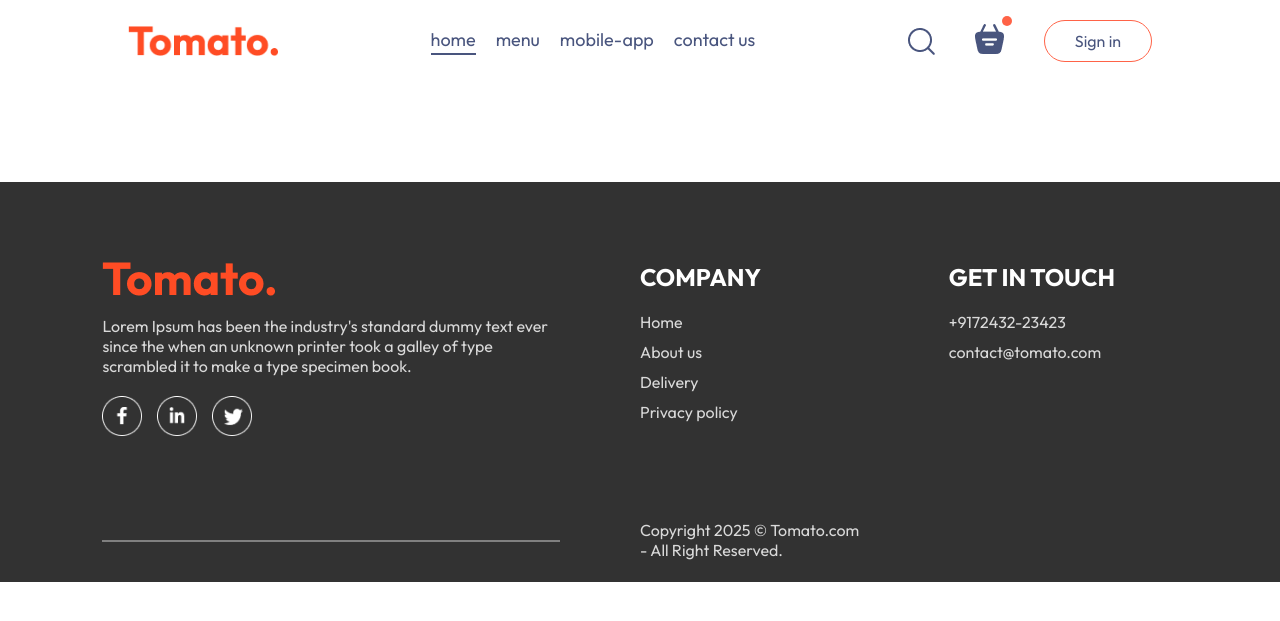
Repository: KartikChouhan03/food-delivery-app
Page: /order (app in frontend/)
These files come from the project's save history. The page is drawn as it stood at one moment and after the next save; the edit follows.
The browser window is 1280 px wide. The pictures show the whole page.
Some web fonts or font styles are not loaded; a fallback is used. The project was rebuilt for these pictures with package versions that can differ from the ones it lists, and the page was loaded fresh each time. Also part of the build but not shown: frontend/vite.config.js, frontend/src/components/Header/Header.css, frontend/src/components/Header/Header.jsx, frontend/src/components/ExploreMenu/ExploreMenu.css, frontend/src/components/ExploreMenu/ExploreMenu.jsx, frontend/src/components/FoodDisplay/FoodDisplay.css, frontend/src/components/FoodItem/FoodItem.css, frontend/src/components/FoodItem/FoodItem.jsx and 5 more.

Above is the page before, as saved 2025-08-16 11:11:51.

### frontend/index.html
<!doctype html>
<html lang="en">
  <head>
    <meta charset="UTF-8" />
    <link rel="icon" type="image/svg+xml" href="" />
    <meta name="viewport" content="width=device-width, initial-scale=1.0" />
    <title>Foodify</title>
  </head>
  <body>
    <div id="root"></div>
    <script type="module" src="/src/main.jsx"></script>
  </body>
</html>

### frontend/src/main.jsx
import { createRoot } from 'react-dom/client'
import './index.css'
import App from './App.jsx'
import { BrowserRouter} from 'react-router-dom'
import StoreContextProvider from './context/StoreContext.jsx'


createRoot(document.getElementById('root')).render(
  <BrowserRouter>
    <StoreContextProvider>
      <App />
    </StoreContextProvider>
  </BrowserRouter>


)

### frontend/src/index.css

@import url('https://fonts.googleapis.com/css2?family=Montserrat:ital,wght@0,100..900;1,100..900&family=Outfit:wght@100..900&family=Playfair+Display:ital,wght@0,400..900;1,400..900&display=swap');


*{
  padding: 0;
  margin: 0;
  box-sizing: border-box;
  font-family: Outfit;
}

body{
  min-height: 100vh;
}

a{
  text-decoration: none;
  color: inherit;
}

.app{
  width: 80%;
  margin: auto;
}

@keyframes fadeIn{
  0%{
    opacity: 0;
  }
  100%{
    opacity: 1;
  }
}

### frontend/src/App.jsx
import React from 'react'
import Navbar from './components/Navbar/Navbar'
import { Route, Routes } from 'react-router-dom'
import Home from './pages/Home/Home'
import Cart from './pages/Cart/Cart'
import PlaceOrder from './pages/PlaceOrder/PlaceOrder'
import Footer from './components/Footer/Footer'


const App = () => {
  return (
    <>
      <div className='app'>
        <Navbar/>
        <Routes>
          <Route path="/" element={<Home />} />
          <Route path="/cart" element={<Cart />} />
          <Route path="/order" element={<PlaceOrder/>} />
        </Routes>
      </div>
      <Footer/>
    </>

  )
}

export default App

### frontend/src/context/StoreContext.jsx
import { createContext, useEffect, useState } from "react";
import { food_list } from "../assets/assets";


export const StoreContext = createContext(null)

const StoreContextProvider = (props) =>{

    const [cartItems, setCartItems] = useState({});

    const addToCart =(itemId)=>{
        if(!cartItems[itemId]){
            setCartItems((prev)=>({...prev,[itemId]:1}))
        }
        else{
            setCartItems((prev)=>({...prev,[itemId]:prev[itemId]+1}))
        }
    }

    const removeFromCart =(itemId) =>{
        setCartItems((prev)=>({...prev,[itemId]:prev[itemId]-1}))
    }

    useEffect(()=>{
        console.log(cartItems);
    },[cartItems])


    const contextValue = {
        food_list,
        cartItems,
        setCartItems,
        addToCart,
        removeFromCart,
    }



    return (
        <StoreContext.Provider value ={contextValue}>
            {props.children}
        </StoreContext.Provider>
    )

}

export default StoreContextProvider;

### frontend/src/components/Navbar/Navbar.jsx
import React, { useState } from 'react'
import './Navbar.css'
import {assets} from '../../assets/assets.js'


const Navbar = () => {

  const [menu,setMenu] = useState("home");


  return (
    <div className='navbar'>
      <img className='logo' src={assets.logo} alt="" />
      <ul className='navbar-menu'>
        <li onClick={()=>setMenu("home")} className={menu==="home"?"active":""}>home</li>
        <li onClick={()=>setMenu("menu")} className={menu==="menu"?"active":""}>menu</li>
        <li onClick={()=>setMenu("mobile-app")} className={menu==="mobile-app"?"active":""}>mobile-app</li>
        <li onClick={()=>setMenu("contact-us")} className={menu==="contact-us"?"active":""}>contact us</li>
      </ul>
      <div className="navbar-right">
        <img src={assets.search_icon} alt="" />
        <div className='navbar-search-icon'>
          <img src={assets.basket_icon} alt="" />
          <div className='dot'></div>
        </div>
        <button>Sign in</button>
      </div>
    </div>
  )
}

export default Navbar

### frontend/src/components/Footer/Footer.jsx
import React from 'react'
import './Footer.css'
import { assets } from '../../assets/assets'

const Footer = () => {
  return (
    <div className='footer' id='footer'>
      <div className="footer-content">
        <div className="footer-content-left">
            <img src={assets.logo} alt="" />
            <p>Lorem Ipsum has been the industry's standard dummy text ever since the when an unknown printer took a galley of type scrambled it to make a type specimen book.</p>
            <div className="footer-social-icons">
                <img src={assets.facebook_icon} alt="" />
                <img src={assets.linkedin_icon} alt="" />
                <img src={assets.twitter_icon} alt="" />
            </div>
        </div>
        <div className='footer-content-center'>
            <h2>COMPANY</h2>
            <ul>
                <li>Home</li>
                <li>About us</li>
                <li>Delivery</li>
                <li>Privacy policy</li>
            </ul>
        </div>
        <div className="footer-content-right">
            <h2>GET IN TOUCH</h2>
            <ul>
                <li>+9172432-23423</li>
                <li>contact@tomato.com</li>
            </ul>
        </div>
        <hr />
        <p className='footer-copyright'>Copyright 2025 © Tomato.com - All Right Reserved.</p>
      </div>
    </div>
  )
}

export default Footer

### frontend/src/assets/assets.js
import basket_icon from './basket_icon.png'
import logo from './logo.png'
import header_img from './header_img.png'
import search_icon from './search_icon.png'
import menu_1 from './menu_1.png'
import menu_2 from './menu_2.png'
import menu_3 from './menu_3.png'
import menu_4 from './menu_4.png'
import menu_5 from './menu_5.png'
import menu_6 from './menu_6.png'
import menu_7 from './menu_7.png'
import menu_8 from './menu_8.png'

import food_1 from './food_1.png'
import food_2 from './food_2.png'
import food_3 from './food_3.png'
import food_4 from './food_4.png'
import food_5 from './food_5.png'
import food_6 from './food_6.png'
import food_7 from './food_7.png'
import food_8 from './food_8.png'
import food_9 from './food_9.png'
import food_10 from './food_10.png'
import food_11 from './food_11.png'
import food_12 from './food_12.png'
import food_13 from './food_13.png'
import food_14 from './food_14.png'
import food_15 from './food_15.png'
import food_16 from './food_16.png'
import food_17 from './food_17.png'
import food_18 from './food_18.png'
import food_19 from './food_19.png'
import food_20 from './food_20.png'
import food_21 from './food_21.png'
import food_22 from './food_22.png'
import food_23 from './food_23.png'
import food_24 from './food_24.png'
import food_25 from './food_25.png'
import food_26 from './food_26.png'
import food_27 from './food_27.png'
import food_28 from './food_28.png'
import food_29 from './food_29.png'
import food_30 from './food_30.png'
import food_31 from './food_31.png'
import food_32 from './food_32.png'

import add_icon_white from './add_icon_white.png'
import add_icon_green from './add_icon_green.png'
import remove_icon_red from './remove_icon_red.png'
import app_store from './app_store.png'
import play_store from './play_store.png'
import linkedin_icon from './linkedin_icon.png'
import facebook_icon from './facebook_icon.png'
import twitter_icon from './twitter_icon.png'
import cross_icon from './cross_icon.png'
import selector_icon from './selector_icon.png'
import rating_starts from './rating_starts.png'
import profile_icon from './profile_icon.png'
import bag_icon from './bag_icon.png'
import logout_icon from './logout_icon.png'
import parcel_icon from './parcel_icon.png'

export const assets = {
    logo,
    basket_icon,
    header_img,
    search_icon,
    rating_starts,
    add_icon_green,
    add_icon_white,
    remove_icon_red,
    app_store,
    play_store,
    linkedin_icon,
    facebook_icon,
    twitter_icon,
    cross_icon,
    selector_icon,
    profile_icon,
    logout_icon,
    bag_icon,
    parcel_icon
}

export const menu_list = [
    {
        menu_name: "Salad",
        menu_image: menu_1
    },
    {
        menu_name: "Rolls",
        menu_image: menu_2
    },
    {
        menu_name: "Deserts",
        menu_image: menu_3
    },
    {
        menu_name: "Sandwich",
        menu_image: menu_4
    },
    {
        menu_name: "Cake",
        menu_image: menu_5
    },
    {
        menu_name: "Pure Veg",
        menu_image: menu_6
    },
    {
        menu_name: "Pasta",
        menu_image: menu_7
    },
    {
        menu_name: "Noodles",
        menu_image: menu_8
    }]

export const food_list = [
    {
        _id: "1",
        name: "Greek salad",
        image: food_1,
        price: 12,
        description: "Food provides essential nutrients for overall health and well-being",
        category: "Salad"
    },
    {
        _id: "2",
        name: "Veg salad",
        image: food_2,
        price: 18,
        description: "Food provides essential nutrients for overall health and well-being",
        category: "Salad"
    }, {
        _id: "3",
        name: "Clover Salad",
        image: food_3,
        price: 16,
        description: "Food provides essential nutrients for overall health and well-being",
        category: "Salad"
    }, {
        _id: "4",
        name: "Chicken Salad",
        image: food_4,
        price: 24,
        description: "Food provides essential nutrients for overall health and well-being",
        category: "Salad"
    }, {
        _id: "5",
        name: "Lasagna Rolls",
        image: food_5,
        price: 14,
        description: "Food provides essential nutrients for overall health and well-being",
        category: "Rolls"
    }, {
        _id: "6",
        name: "Peri Peri Rolls",
        image: food_6,
        price: 12,
        description: "Food provides essential nutrients for overall health and well-being",
        category: "Rolls"
    }, {
        _id: "7",
        name: "Chicken Rolls",
        image: food_7,
        price: 20,
        description: "Food provides essential nutrients for overall health and well-being",
        category: "Rolls"
    }, {
        _id: "8",
        name: "Veg Rolls",
        image: food_8,
        price: 15,
        description: "Food provides essential nutrients for overall health and well-being",
        category: "Rolls"
    }, {
        _id: "9",
        name: "Ripple Ice Cream",
        image: food_9,
        price: 14,
        description: "Food provides essential nutrients for overall health and well-being",
        category: "Deserts"
    }, {
        _id: "10",
        name: "Fruit Ice Cream",
        image: food_10,
        price: 22,
        description: "Food provides essential nutrients for overall health and well-being",
        category: "Deserts"
    }, {
        _id: "11",
        name: "Jar Ice Cream",
        image: food_11,
        price: 10,
        description: "Food provides essential nutrients for overall health and well-being",
        category: "Deserts"
    }, {
        _id: "12",
        name: "Vanilla Ice Cream",
        image: food_12,
        price: 12,
        description: "Food provides essential nutrients for overall health and well-being",
        category: "Deserts"
    },
    {
        _id: "13",
        name: "Chicken Sandwich",
        image: food_13,
        price: 12,
        description: "Food provides essential nutrients for overall health and well-being",
        category: "Sandwich"
    },
    {
        _id: "14",
        name: "Vegan Sandwich",
        image: food_14,
        price: 18,
        description: "Food provides essential nutrients for overall health and well-being",
        category: "Sandwich"
    }, {
        _id: "15",
        name: "Grilled Sandwich",
        image: food_15,
        price: 16,
        description: "Food provides essential nutrients for overall health and well-being",
        category: "Sandwich"
    }, {
        _id: "16",
        name: "Bread Sandwich",
        image: food_16,
        price: 24,
        description: "Food provides essential nutrients for overall health and well-being",
        category: "Sandwich"
    }, {
        _id: "17",
        name: "Cup Cake",
        image: food_17,
        price: 14,
        description: "Food provides essential nutrients for overall health and well-being",
        category: "Cake"
    }, {
        _id: "18",
        name: "Vegan Cake",
        image: food_18,
        price: 12,
        description: "Food provides essential nutrients for overall health and well-being",
        category: "Cake"
    }, {
        _id: "19",
        name: "Butterscotch Cake",
        image: food_19,
        price: 20,
        description: "Food provides essential nutrients for overall health and well-being",
        category: "Cake"
    }, {
        _id: "20",
        name: "Sliced Cake",
        image: food_20,
        price: 15,
        description: "Food provides essential nutrients for overall health and well-being",
        category: "Cake"
    }, {
        _id: "21",
        name: "Garlic Mushroom ",
        image: food_21,
        price: 14,
        description: "Food provides essential nutrients for overall health and well-being",
        category: "Pure Veg"
    }, {
        _id: "22",
        name: "Fried Cauliflower",
        image: food_22,
        price: 22,
        description: "Food provides essential nutrients for overall health and well-being",
        category: "Pure Veg"
    }, {
        _id: "23",
        name: "Mix Veg Pulao",
        image: food_23,
        price: 10,
        description: "Food provides essential nutrients for overall health and well-being",
        category: "Pure Veg"
    }, {
        _id: "24",
        name: "Rice Zucchini",
        image: food_24,
        price: 12,
        description: "Food provides essential nutrients for overall health and well-being",
        category: "Pure Veg"
    },
    {
        _id: "25",
        name: "Cheese Pasta",
        image: food_25,
        price: 12,
        description: "Food provides essential nutrients for overall health and well-being",
        category: "Pasta"
    },
    {
        _id: "26",
        name: "Tomato Pasta",
        image: food_26,
        price: 18,
        description: "Food provides essential nutrients for overall health and well-being",
        category: "Pasta"
    }, {
        _id: "27",
        name: "Creamy Pasta",
        image: food_27,
        price: 16,
        description: "Food provides essential nutrients for overall health and well-being",
        category: "Pasta"
    }, {
        _id: "28",
        name: "Chicken Pasta",
        image: food_28,
        price: 24,
        description: "Food provides essential nutrients for overall health and well-being",
        category: "Pasta"
    }, {
        _id: "29",
        name: "Buttter Noodles",
        image: food_29,
        price: 14,
        description: "Food provides essential nutrients for overall health and well-being",
        category: "Noodles"
    }, {
        _id: "30",
        name: "Veg Noodles",
        image: food_30,
        price: 12,
        description: "Food provides essential nutrients for overall health and well-being",
        category: "Noodles"
    }, {
        _id: "31",
        name: "Somen Noodles",
        image: food_31,
        price: 20,
        description: "Food provides essential nutrients for overall health and well-being",
        category: "Noodles"
    }, {
        _id: "32",
        name: "Cooked Noodles",
        image: food_32,
        price: 15,
        description: "Food provides essential nutrients for overall health and well-being",
        category: "Noodles"
    }
]

### frontend/src/components/Navbar/Navbar.css
.navbar{
    padding: 20px 0px;
    display: flex;
    justify-content: space-between;
    align-items: center;
}

.navbar .logo{
    width: 150px;
}

.navbar-menu{
    display: flex;
    list-style: none;
    gap: 20px;
    color: #49557e;
    font-size: 18px;
}

.navbar-right{
    display: flex;
    align-items: center;
    gap: 40px;
}

.navbar button{
    background: transparent;
    font-size: 16px;
    color: #49557e;
    border: 1px solid tomato;
    padding: 10px 30px;
    border-radius: 50px;
    cursor: pointer;
    transition: 0.4s;
}

.navbar button:hover{
    background-color: #fff4f2;
}

.navbar .active{
    padding-bottom: 2px;
    border-bottom: 2px solid #49557e;
}

.navbar li{
    cursor: pointer;
}

.navbar-search-icon {
    position: relative;
}

.navbar-search-icon .dot{
    position: absolute;
    min-width: 10px;
    min-height: 10px;
    background-color: tomato;
    border-radius:5px ;
    top: -8px;
    right: -8px;
}

### frontend/src/components/Footer/Footer.css
.footer{
    color: #d9d9d9;
    background-color: #323232;
    display: flex;
    flex-direction: column;
    align-items: center;
    gap: 20px;
    padding: 20px 8vw;
    padding-top: 80px ;
    margin-top: 100px ;
}

.footer-content{
    width: 100%;
    display: grid;
    grid-template-columns: 2fr 1fr 1fr;
    gap: 80px;
}

.footer-content-left, .footer-content-right, .footer-content-center{
    display: flex;
    flex-direction: column;
    align-items:start ;
    gap: 20px;
}


.footer-content-left li, .footer-content-right li , .footer-content-center li{
    list-style: none;
    margin-bottom: 10px;
    cursor: pointer;
}

.footer-content-right h2, .footer-content-center h2{
    color: white;
}


.footer-social-icons img{
    width: 40px;
    margin-right: 15px;
}

.footer hr{
    width: 100%;
    height: 2px;
    margin: 20px 0px;
    background-color: gray;
    border: none;
}

Loaded but not shown: frontend/src/pages/PlaceOrder/PlaceOrder.jsx (common file); frontend/src/pages/Home/Home.css (no stored copy; drawn as an empty file)

After the next save:
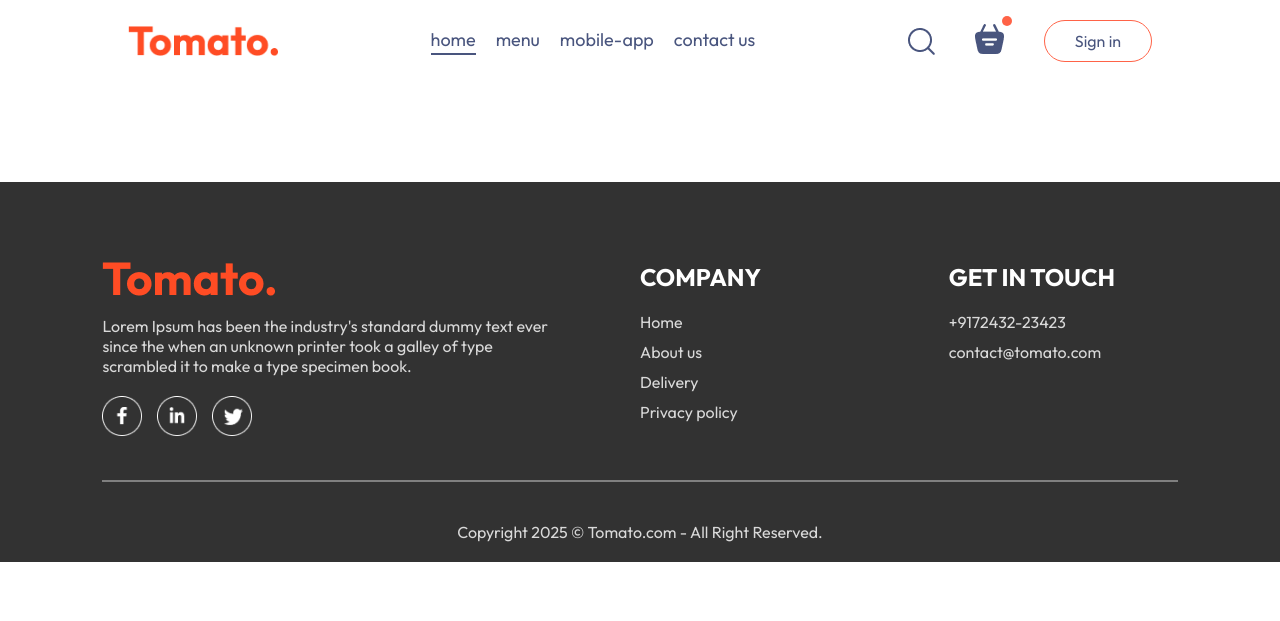
Saved 28 s later.
--- a/frontend/src/components/Footer/Footer.jsx
+++ b/frontend/src/components/Footer/Footer.jsx
@@ -31,9 +31,9 @@ const Footer = () => {
                 <li>contact@tomato.com</li>
             </ul>
         </div>
-        <hr />
+      </div>
+      <hr />
         <p className='footer-copyright'>Copyright 2025 © Tomato.com - All Right Reserved.</p>
-      </div>
     </div>
   )
 }
